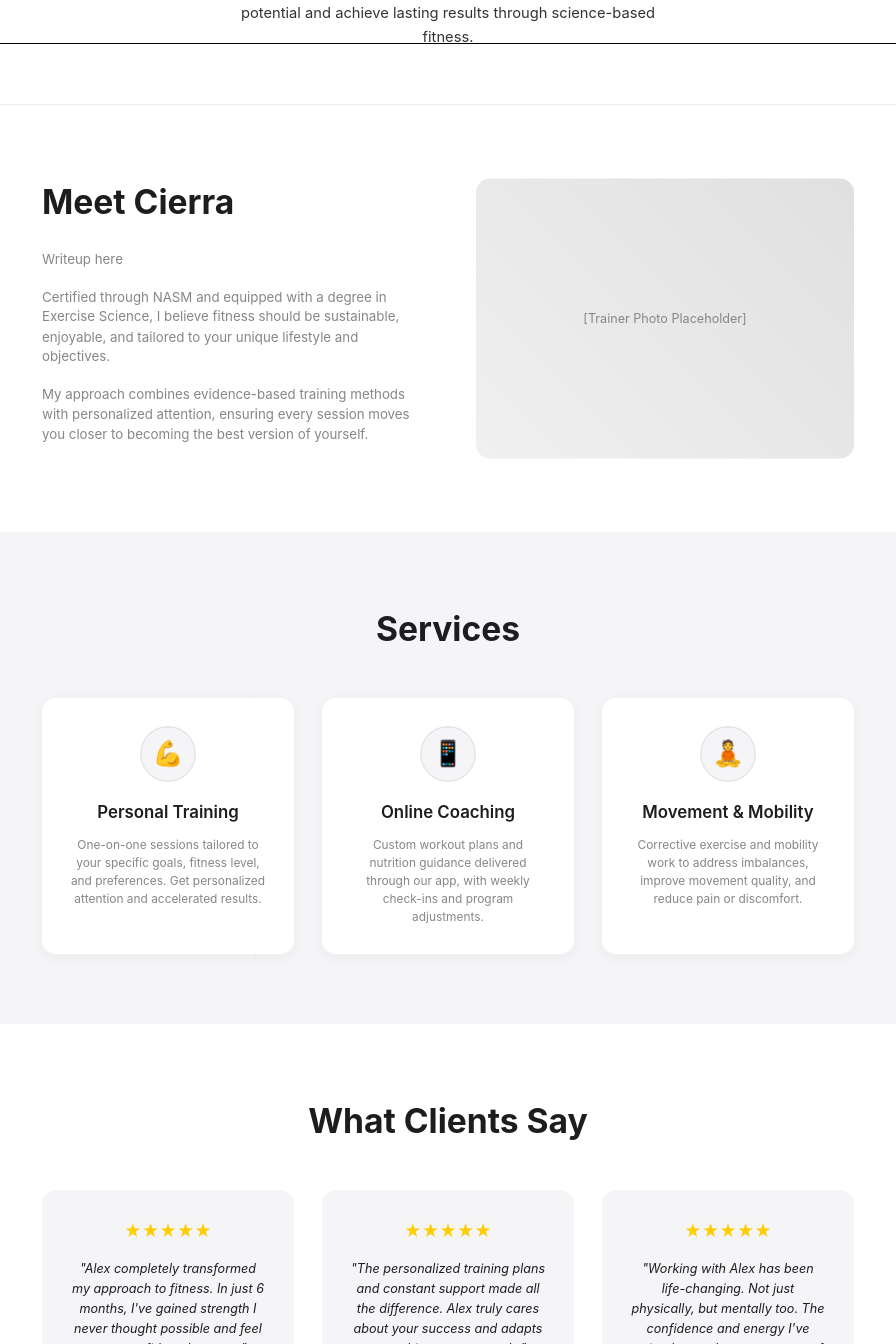
Repository: Hinuix/Ear-Website
Page: index.html
These files come from the project's save history. The page is drawn as it stood at one moment and after the next save; the edit follows.
The browser window is 1280 px wide. The pictures show the part of the page from y = 303 to 2223 px (the page is 4326 px tall before and 4317 px after), at 70% of full size.

Above is the page before, as saved 2025-08-10 12:14:18.

After the next save:
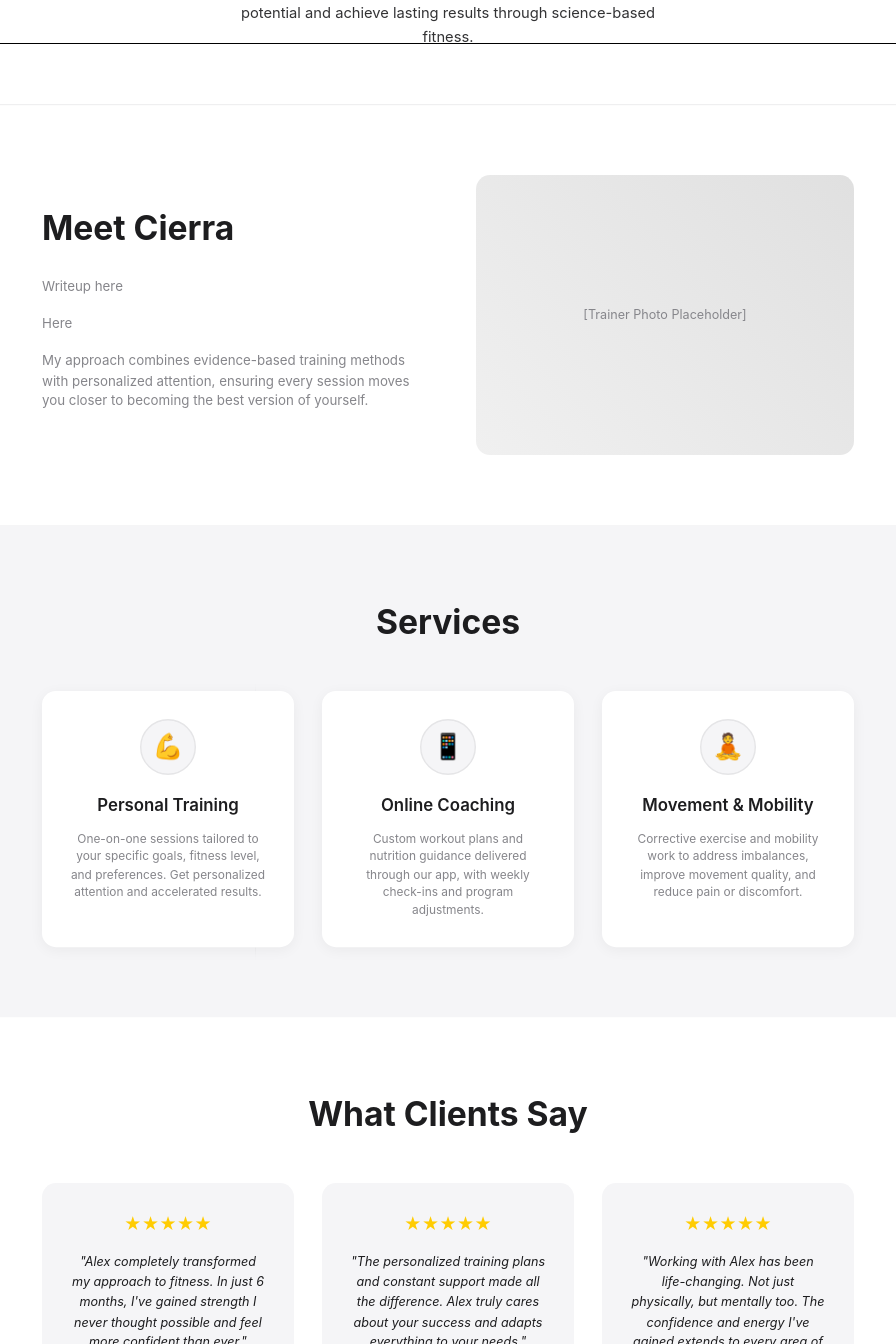
Saved 8 s later.
--- a/index.html
+++ b/index.html
@@ -496,7 +496,7 @@
                 <div class="about-text fade-in">
                     <h2>Meet Cierra</h2>
                     <p>Writeup here</p>
-                    <p>Certified through NASM and equipped with a degree in Exercise Science, I believe fitness should be sustainable, enjoyable, and tailored to your unique lifestyle and objectives.</p>
+                    <p>Here</p>
                     <p>My approach combines evidence-based training methods with personalized attention, ensuring every session moves you closer to becoming the best version of yourself.</p>
                 </div>
                 <div class="about-image">
